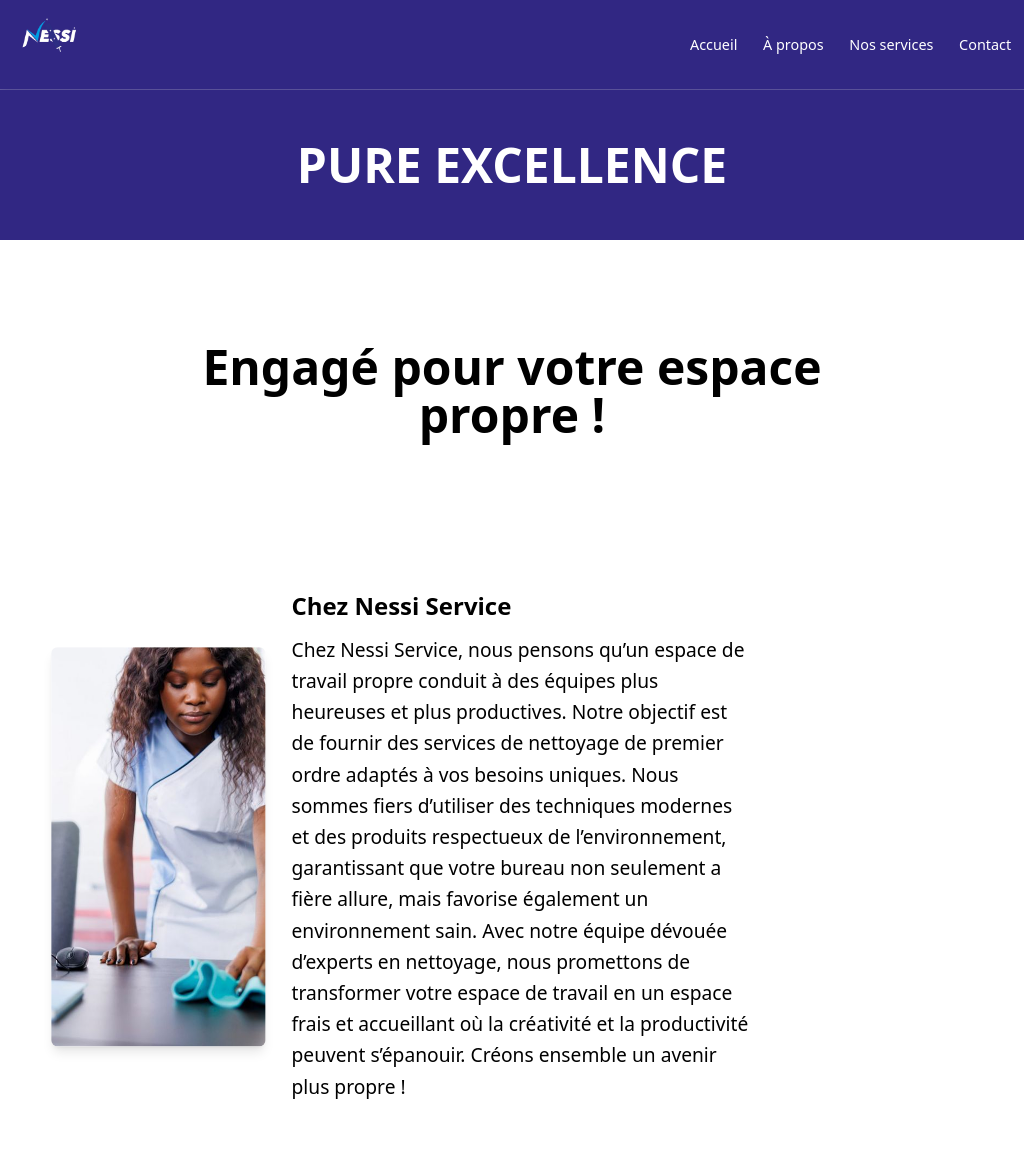
Repository: MDiouf9/Nessi
Page: /About
The author's editor kept a copy of each file at every save. The page is drawn from the files as they stood at one save, then again after the next save.
The browser window is 1280 px wide. The pictures show the whole page, at 80% of full size.
The project was rebuilt for these pictures with package versions that can differ from the ones it lists, and the page was loaded fresh each time. Also part of the build but not shown: vite.config.js, src/Global.css, src/App.css, src/components/Footer.jsx, src/Pages/Home.jsx, src/Pages/NotFound.jsx, src/components/Countries.jsx, src/Pages/Services.jsx and 1 more.

Above is the page before, as saved 2025-03-10 18:14:53.

After the next save:
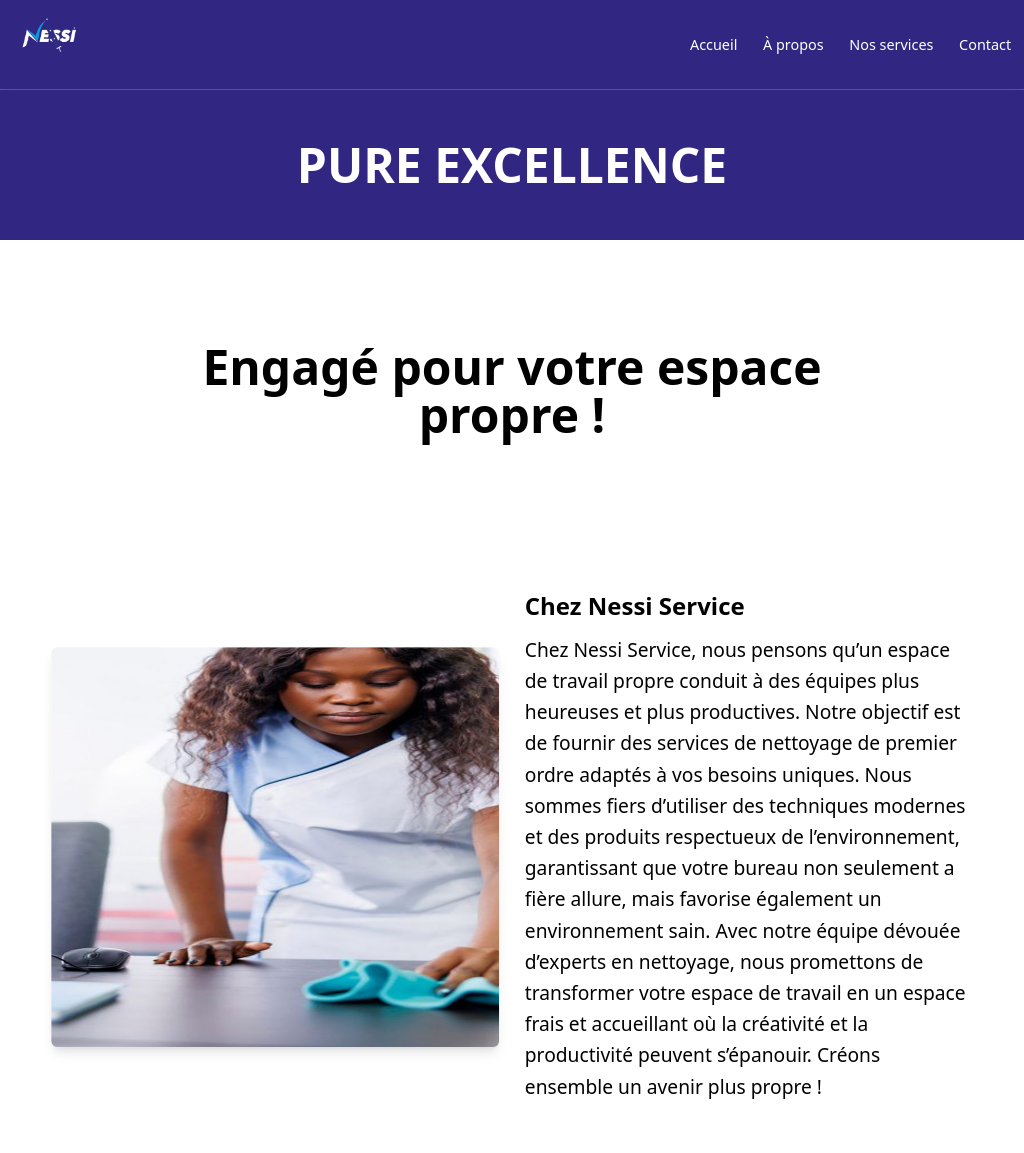
Saved 4 s later.
--- a/src/components/Sectionlesft.jsx
+++ b/src/components/Sectionlesft.jsx
@@ -3,7 +3,7 @@ const SectionWithImage = ({ imageSrc, altText, title, content }) => {
       <section className="bg-white py-16 px-6 md:px-16">
         <div className="container mx-auto flex flex-col md:flex-row items-center gap-8">
           {/* Image à gauche */}
-          <div className="md:w-1/ flex justify-aound items-center">
+          <div className="md:w-1/2 flex justify-aound items-center">
             <img src={imageSrc} alt={altText} className="w-full h-full max-h-[500px] object-center  rounded-lg shadow-lg" />
           </div>
 
